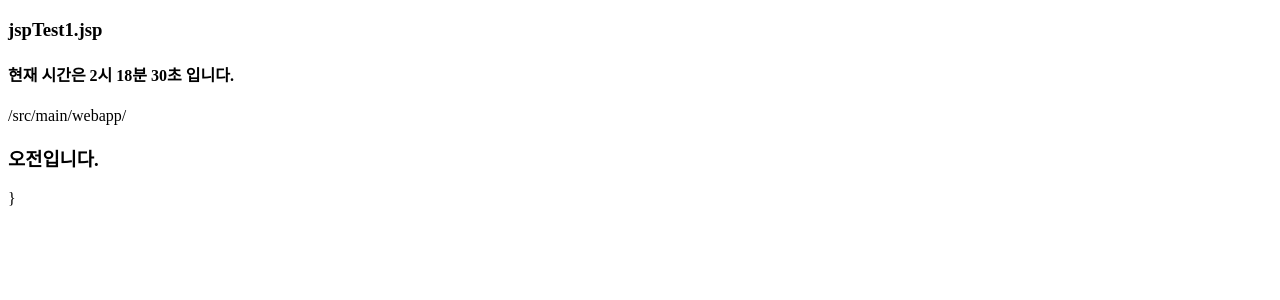
Repository: SouthSea0613/401_Unauthorized_java
Page: http://localhost/model1_1st/jspTest1.jsp
The author's editor kept a copy of each file at every save. The page is drawn from the files as they stood at one save, then again after the next save.
The browser window is 1280 px wide. The pictures show the whole page.
The page is served by Tomcat 9.

Above is the page before, as saved 2024-12-02 02:16:48.

After the next save:
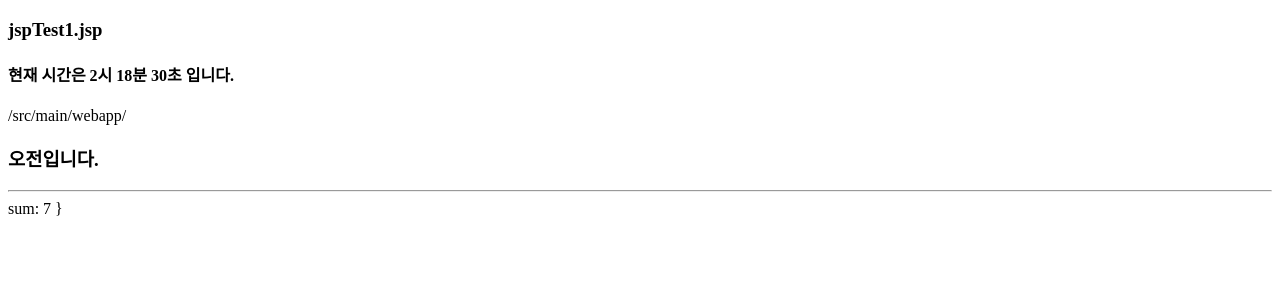
Saved 78 s later.
--- a/model1_1st/src/main/webapp/jspTest1.jsp
+++ b/model1_1st/src/main/webapp/jspTest1.jsp
@@ -28,11 +28,13 @@
 	  <% } else { %>
 	   	<h3>오전입니다.</h3>
 	   <%} %>
+	   <hr>
+	   sum: <%=sumMethod(3,4) %>
 </body>
 </html>
 
 <!-- 필드, 메소드 선언, 위치 상관 없음  -->
-<%!
+<%!   /* < 이건 선언문  */
 	private int sum;
 
 	public int sumMethod(int x, int y) {
